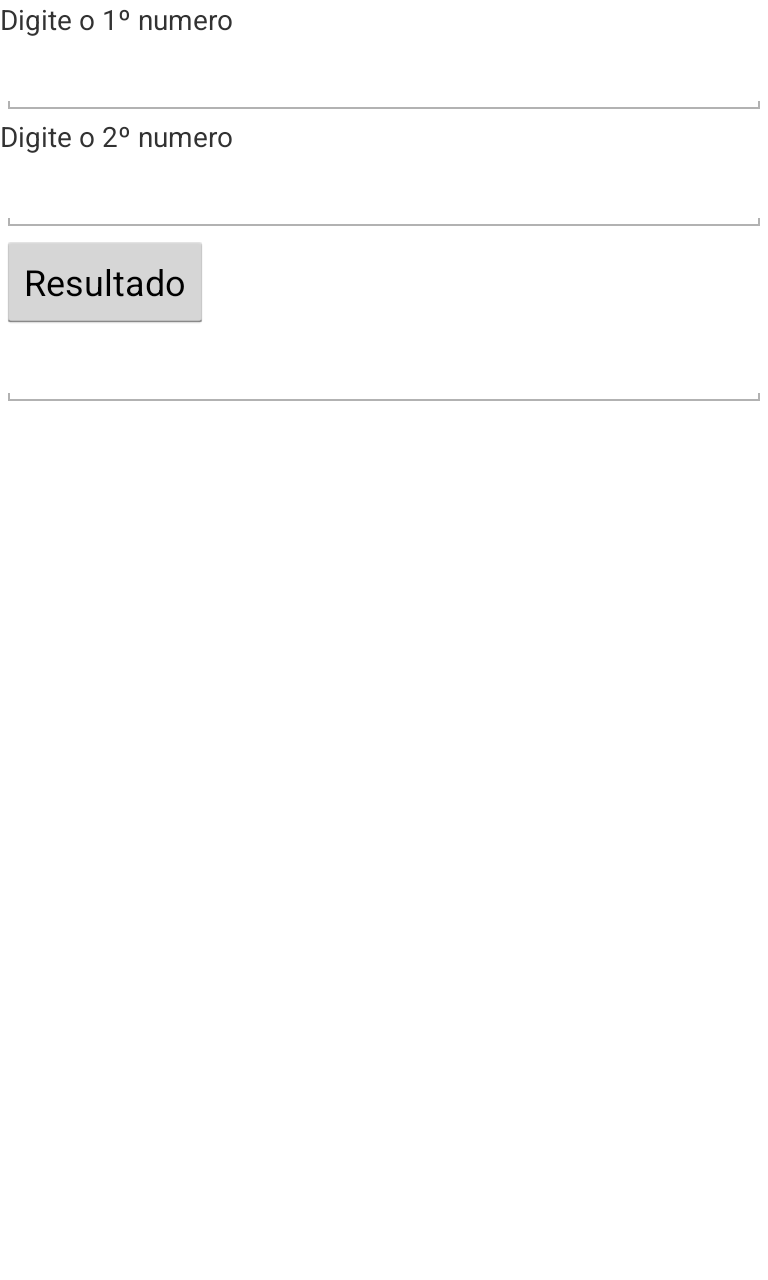
Repository: kassianefacanha/ANDROID
Layout: Aplicativos android/Calculadora/res/layout/activity_main.xml
The author's editor kept a copy of each file at every save. The layout is drawn from the files as they stood at one save, then again after the next save.
It is drawn on a 768 x 1280 px phone screen (xhdpi) without system bars, with theme AppTheme; the app's code is not run.

Above is the layout before, as saved 2014-02-21 10:28:30.

After the next save:
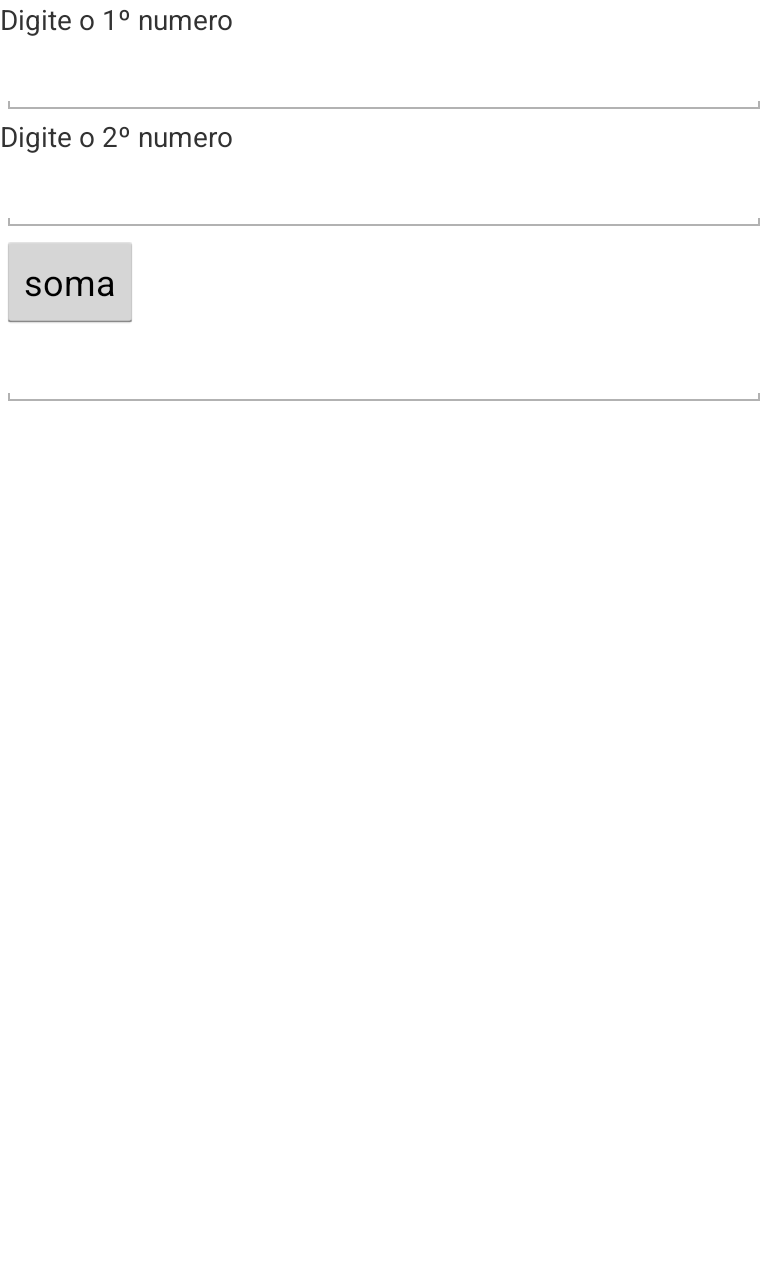
Saved 21 s later.
--- a/Aplicativos android/Calculadora/res/layout/activity_main.xml
+++ b/Aplicativos android/Calculadora/res/layout/activity_main.xml
@@ -29,11 +29,11 @@
      <Button
         android:layout_width="wrap_content"
         android:layout_height="wrap_content"
-        android:text="Resultado" />
+        android:text="soma" />
     <EditText
         android:layout_width="fill_parent"
         android:layout_height="wrap_content"
-        android:id="@+id/resul"
+        android:id="@+id/soma"
         />
 
 
